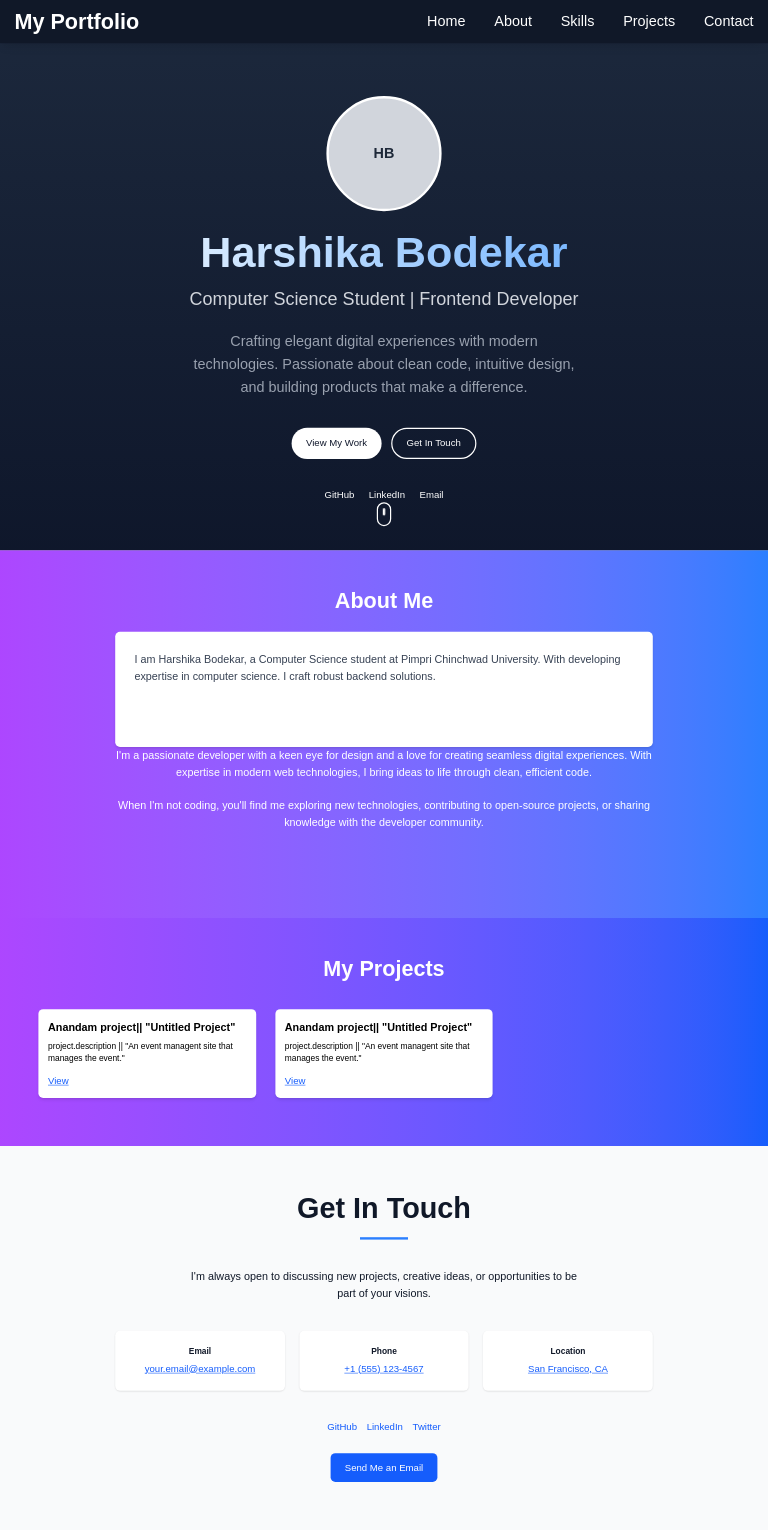
Repository: harshikabodekar/portfolio_awp
Page: /
These files come from the project's save history. The page is drawn as it stood at one moment and after the next save; the edit follows.
The browser window is 1280 px wide. The pictures show the whole page, at 60% of full size.
The project was rebuilt for these pictures with package versions that can differ from the ones it lists, and the page was loaded fresh each time. The framework's server and built-in components were replaced by stand-ins that run in the browser. Also part of the build but not shown: next.config.mjs.

Above is the page before, as saved 2025-10-15 19:51:34.

After the next save:
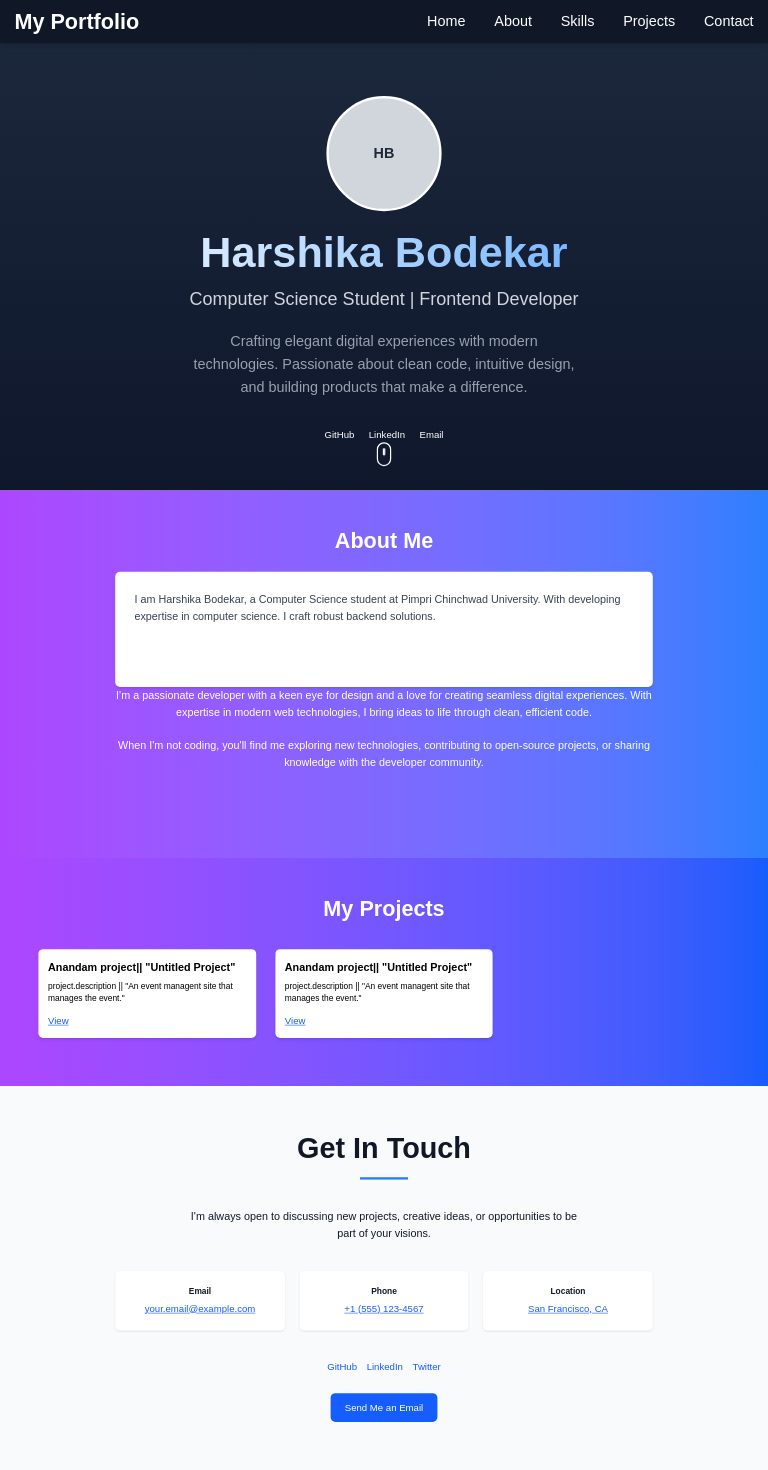
Saved 7 s later.
--- a/src/app/components/Hero.js
+++ b/src/app/components/Hero.js
@@ -25,10 +25,10 @@ const Hero = () => {
             Passionate about clean code, intuitive design, and building products that make a difference.
           </p>
 
-          <div className="flex flex-col sm:flex-row flex-wrap gap-4 justify-center mb-8 sm:mb-12 px-4">
+          {/* <div className="flex flex-col sm:flex-row flex-wrap gap-4 justify-center mb-8 sm:mb-12 px-4">
             <button onClick={() => {}} className="px-6 py-3 bg-white text-slate-900 rounded-full font-medium hover:bg-gray-100 transition-colors w-full sm:w-auto">View My Work</button>
             <button onClick={() => {}} className="px-6 py-3 border-2 border-white text-white rounded-full hover:bg-white hover:text-slate-900 transition-colors w-full sm:w-auto">Get In Touch</button>
-          </div>
+          </div> */}
 
           <div className="flex flex-wrap gap-4 sm:gap-6 justify-center text-sm sm:text-base px-4">
             <a href="https://github.com" target="_blank" rel="noopener noreferrer" className="text-white hover:text-blue-400 transition-colors">GitHub</a>
